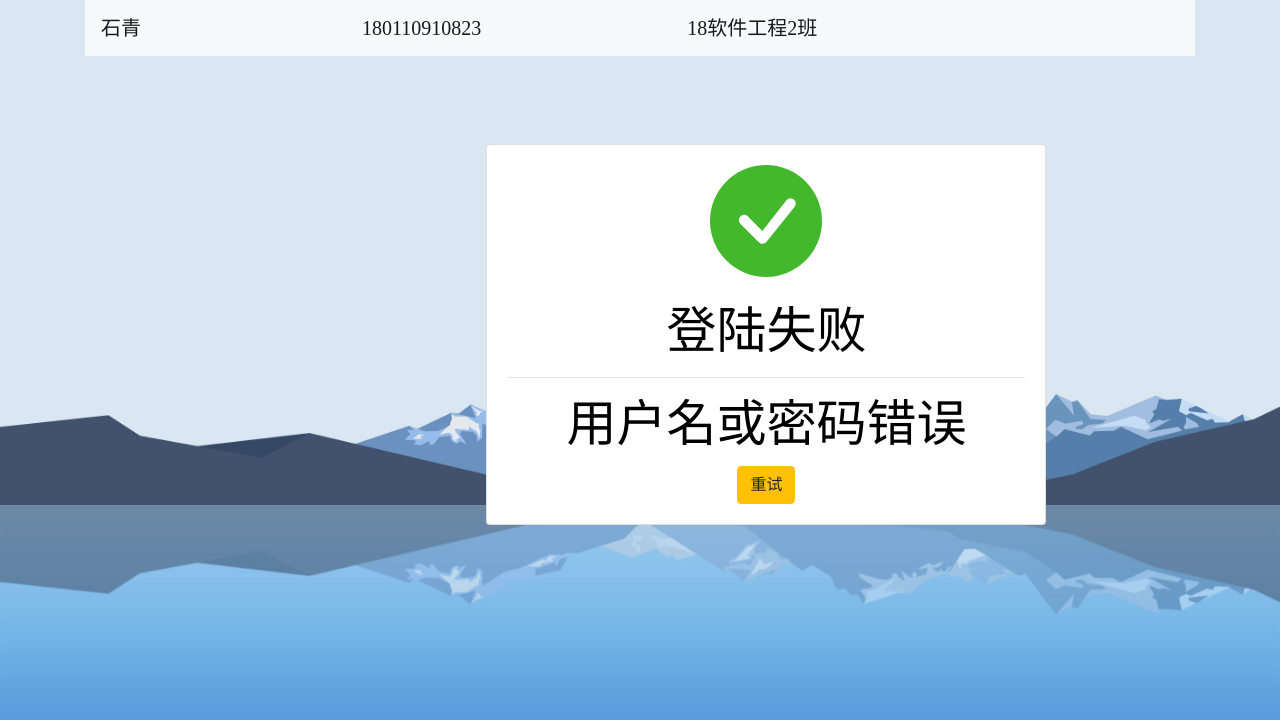
Repository: sqsssq/JavaWeb
Page: class1/IDEA/web/failure.html
An editor plug-in stored every save of this project. The page is shown before and after the next save, followed by the edit.
The browser window is 1280 px wide. The pictures show the whole page.

Above is the page before, as saved 2020-09-25 01:01:45.

After the next save:
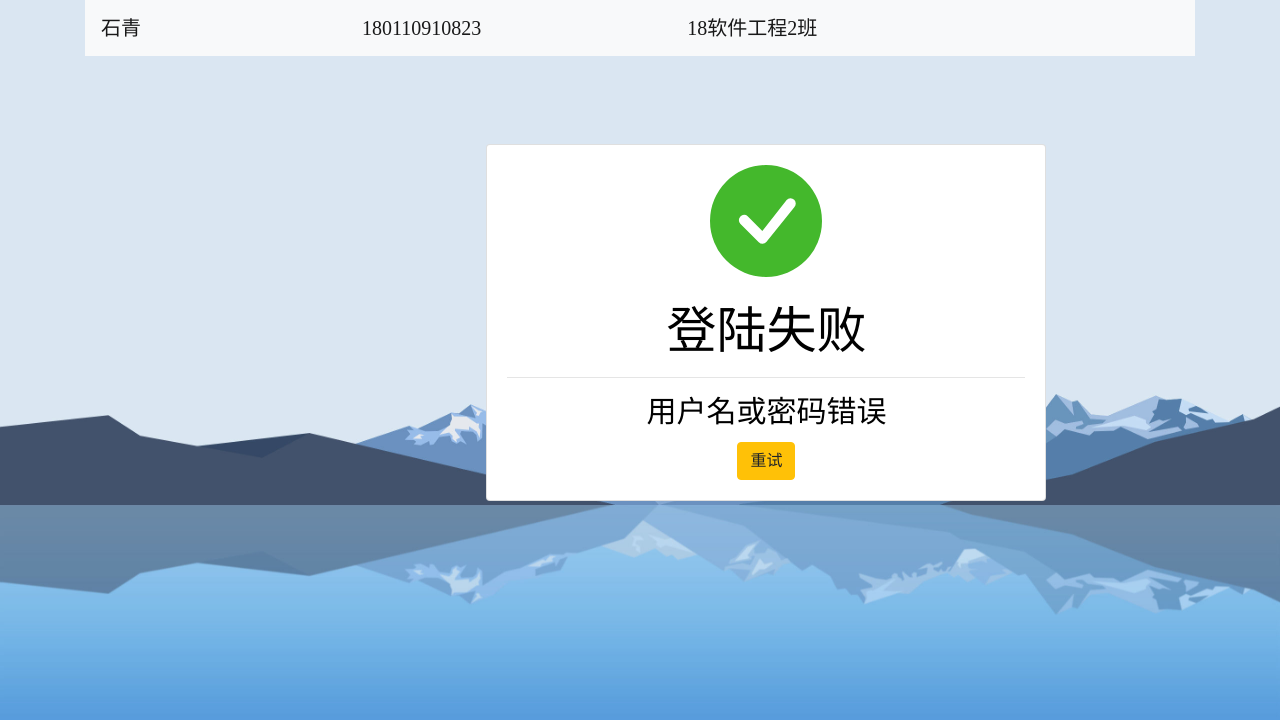
Saved 27 s later.
--- a/class1/IDEA/web/failure.html
+++ b/class1/IDEA/web/failure.html
@@ -1,7 +1,7 @@
 <!--
  * @Author: your name
  * @Date: 2020-09-23 10:46:47
- * @LastEditTime: 2020-09-25 01:01:45
+ * @LastEditTime: 2020-09-25 01:02:12
  * @LastEditors: Please set LastEditors
  * @Description: In User Settings Edit
  * @FilePath: \IDEA\web\successful.html
@@ -66,7 +66,7 @@
                 <br> <br>
                 <h3 class="card-title" style="color: black; font-size: 50px;">登陆失败</h3>
                 <hr>
-                <h3 class="card-title" style="color: black; font-size: 50px;">用户名或密码错误</h3>
+                <h3 class="card-title" style="color: black; font-size: 30px;">用户名或密码错误</h3>
                 <input class="btn btn-warning" value="重试" id="btn1" type="submit">
                 <!--            <input  class="btn btn-success" value="注册" id="btn2" type="submit">-->
                 <!--            <button class="btn btn-block" id="btn">登陆</button>-->
